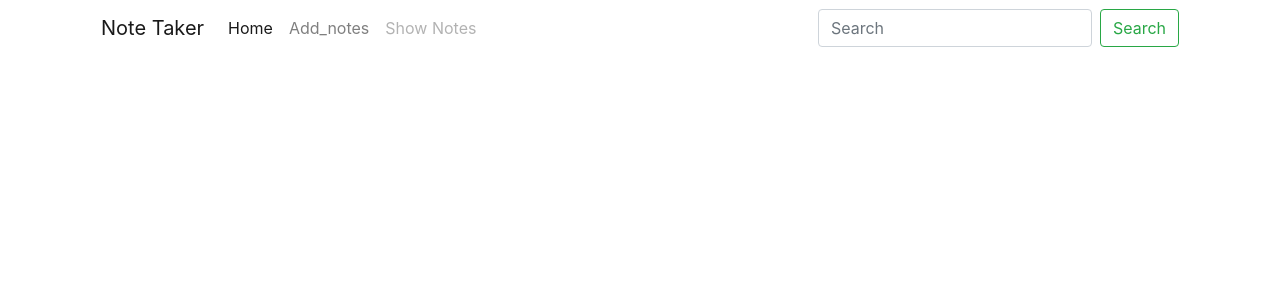
Repository: PratibhaMastud/index.jsp
Page: http://localhost/JavaWebApp/
An editor plug-in stored every save of this project. The page is shown before and after the next save, followed by the edit.
The browser window is 1280 px wide. The pictures show the whole page.
Some web libraries are served in a nearby version. The page is served by Tomcat 9.

Above is the page before, as saved 2020-06-29 06:27:41.

After the next save:
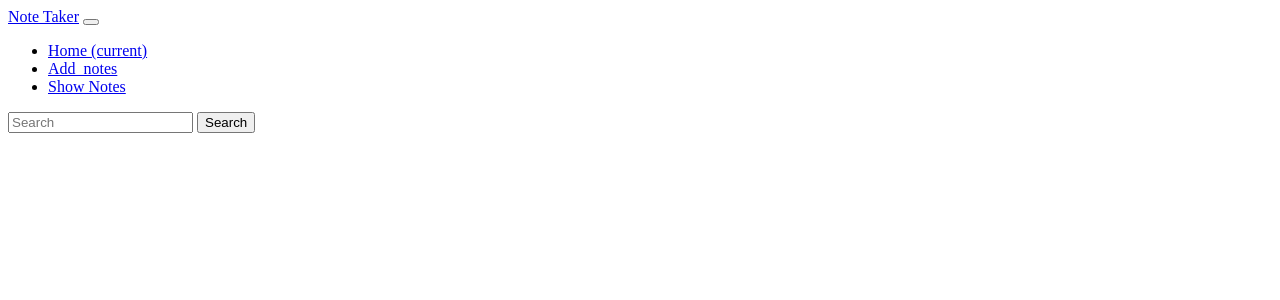
Saved 3 min 33 s later.
--- a/JavaWebApp/src/main/webapp/index.jsp
+++ b/JavaWebApp/src/main/webapp/index.jsp
@@ -1,14 +1,9 @@
 <!doctype html>
 <html lang="en">
   <head>
-    <!-- Required meta tags -->
-    <meta charset="utf-8">
+   <meta charset="utf-8">
     <meta name="viewport" content="width=device-width, initial-scale=1, shrink-to-fit=no">
 
-    <!-- Bootstrap CSS -->
-    <link rel="stylesheet" href="https://maxcdn.bootstrapcdn.com/bootstrap/4.0.0/css/bootstrap.min.css" integrity="sha384-Gn5384xqQ1aoWXA+058RXPxPg6fy4IWvTNh0E263XmFcJlSAwiGgFAW/dAiS6JXm" crossorigin="anonymous">
-	<link href="css/style.css" />
-    <title>Hello, world!</title>
   </head>
   <body>
 <div class="container">
